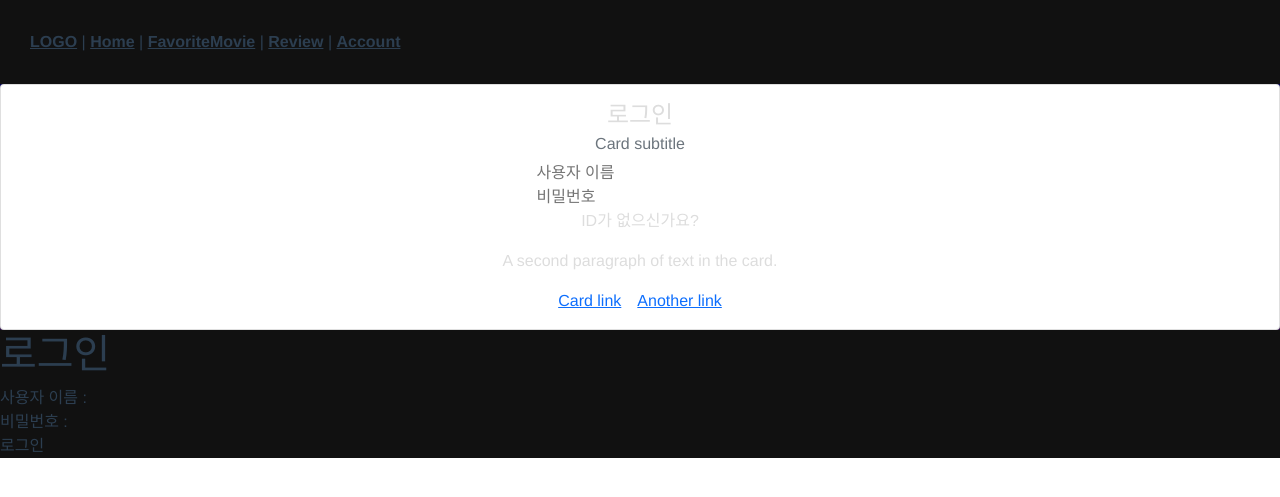
Repository: chomyoenggeun/linkedmovie
Page: /account/login (app in front/)
The author's editor kept a copy of each file at every save. The page is drawn from the files as they stood at one save, then again after the next save.
The browser window is 1280 px wide. The pictures show the whole page.
The project was rebuilt for these pictures with package versions that can differ from the ones it lists, and the page was loaded fresh each time. Also part of the build but not shown: front/vue.config.js, front/src/components/MovieCard.vue, front/src/views/Home.vue, front/src/views/accounts/Account.vue, front/src/views/accounts/Signup.vue, front/src/views/FavoriteMovie.vue, front/src/views/Mypage.vue, front/src/components/DmovieReviewItem.vue and 10 more.

Above is the page before, as saved 2021-11-24 04:57:10.

### front/src/main.js
import Vue from 'vue'
import App from './App.vue'
import router from './router'
import store from './store'
import vuetify from './plugins/vuetify'
import BootstrapVue from 'bootstrap-vue'
import 'bootstrap/dist/css/bootstrap.min.css'
import 'bootstrap-vue/dist/bootstrap-vue.css'

Vue.use(BootstrapVue)
Vue.config.productionTip = false

new Vue({
  router,
  store,
  vuetify,
  render: h => h(App)
}).$mount('#app')

### front/src/App.vue
<template>
  <div id="app">
    <div id="nav">
      <router-link class="menubt" to="/home">LOGO</router-link> |
      <router-link class="menubt" to="/home">Home</router-link> |
      <router-link class="menubt" to="/favorite-movie">FavoriteMovie</router-link> |
      <router-link class="menubt" to="/review">Review</router-link> |
      <span v-if="isLogin">
        <router-link class="menubt_right" to="/mypage"
        >Mypage</router-link> |
      </span>
      <span v-else>
        <router-link class="menubt" to="/account">Account</router-link>
      </span>
    </div>
    <router-view
    @login="isLogin=true"/>
  </div>
</template>

<script>
export default {
  name : 'App',
    data: function(){
    return {
      isLogin: false,
    }
  },
  created : function(){
    const token = localStorage.getItem('jwt')
    if(token){
      this.isLogin = true
    }
  },
  methods : {
    checkLogin: function(loginState){
      this.isLogin = loginState
    }
  }

}
</script>

<style>
#app {
  font-family: Avenir, Helvetica, Arial, sans-serif;
  -webkit-font-smoothing: antialiased;
  -moz-osx-font-smoothing: grayscale;
  /* text-align: center; */
  color: #2c3e50;
  background: #111111;
}

#nav {
  padding: 30px;
}

#nav a {
  font-weight: bold;
  color: #2c3e50;
}
/* .menubt{
  padding : 20px;
  background: #255ca3;
  list-style:none;
} */
.menubt:hover{
  background:#255ca3; margin:auto; position:relative; display:box;
}
.menubt_rigth{
  text-align: right;
}

#nav a.router-link-exact-active {
  color: #dddddd;
}
</style>

### front/src/router/index.js
import Vue from 'vue'
import VueRouter from 'vue-router'
import Home from '../views/Home.vue'
import Account from '../views/accounts/Account.vue'
import Login from '../views/accounts/Login.vue'
import Signup from '../views/accounts/Signup.vue'
import FavoriteMovie from '../views/FavoriteMovie.vue'
import Mypage from '../views/Mypage.vue'
import Movie from '../components/Movie.vue'
import Review from '../views/Review.vue'
import MovieReviewForm from '../components/MovieReviewForm.vue'
import MovieReviewCommunity from '../components/MovieReviewCommunity.vue'
// import MovieReviewCreate from '../components/MovieReviewCreate.vue'

Vue.use(VueRouter)

const routes = [
  {
    path: '/home',
    name: 'Home',
    component: Home
  },
  {
    path: '/favorite-movie',
    name: 'FavoriteMovie',
    component : FavoriteMovie
  },
  /////////////////////////////////
  //account//
  {
    path: '/account',
    name: 'Account',
    component : Account,
  },
  {
    path: '/account/login',
    name: 'Login',
    component : Login,
  },
  {
    path: '/account/signup',
    name: 'Signup',
    component : Signup,
  },
  //account//
  /////////////////////////////////
  {
    path: '/mypage',
    name: 'Mypage',
    component : Mypage,
  },
  {
    path: '/home/movie/:movieId',
    name: 'Movie',
    component : Movie
  },
///////////////////////////////////////////////////
//////////리뷰작성///////////
  {
    path: '/review',
    name: 'Review',
    component : Review
  },
  {
    path: '/review/create',
    name: 'MovieReviewForm',
    component : MovieReviewForm
  },
  {
    path: '/review/detail/:reviewId',
    name: 'MovieReviewCommunity',
    component: MovieReviewCommunity
  }
  ////////////////////////////////////////////////////////
  // {
  //   path: '/movie-review-create',
  //   name: 'MovieReviewCreate',
  //   component : MovieReviewCreate
  // },

]

const router = new VueRouter({
  mode: 'history',
  base: process.env.BASE_URL,
  routes
})

export default router

### front/src/store/index.js
import Vue from 'vue'
import Vuex from 'vuex'
import axios from 'axios'
import router from '../router'

Vue.use(Vuex)

export default new Vuex.Store({
  state: {
    movieCards: [],
    carosalCards : [],
    loginState : false,
    loginjwt : null,
    reviews: [],
    user : null,
    comments : [],
    moviereviews: [],
  },
  mutations: {
    // GET_LOGIN_USER: function(state,res){
    //   state.user = res

    // },
    LOAD_MOVIE_CARDS:function(state, results){
      state.movieCards = results
    },
    GET_REVIEWS:function(state, res){
      state.reviews = res
      // console.log(state.reviews)
    },
    GET_MOVIE_REVIEWS : function(state,res){
      state.moviereviews = res
    },
    CREATE_REVIEWS : function(state, res){
      state.reviews.push(res)
      // console.log(state.reviews)
    },
    UPDATE_REVIEW : function(state,reviewItem){
      state.reviews = state.reviews.map((review) => {
        if (review === reviewItem){
          return { ...review,
            title: reviewItem.titie,
            content: reviewItem.content,
            rank: reviewItem.rank
          }
        }
        return review
      })
    },
    DELETE_REVIEW : function(state, reviewItem){
      const index = state.reviews.indexOf(reviewItem)
      state.reviews.splice(index,1)
    },
    GET_COMMENTS : function(state,res){
      state.comments = res
    },
    CREATE_COMMENT : function(state, res){
      state.comments.push(res)
    },
    DELETE_COMMENT : function(state,commentItem){
      const index = state.comments.indexOf(commentItem)
      state.comments.splice(index, 1)
    }
  },
  actions: {
    // getLoginUser: function({commit},token){
    //   axios({
    //     method: 'get',
    //     url:'http://123.0.01:8000/account/api-token-auth/',
    //     headers: token,
    //   })
    //     .then(res =>{
    //       console.log(res)
    //       commit('GET_LOGIN_USER')
    //     })
    // },
    // 로그인 정보 보내기
    // Login: function(context){
    //   axios({
    //     method: 'post',
    //     url: 'http://127.0.0.1:8000/accounts/signup/',
    //     data: this.credentials
    //   })
    //     .then(()=>{
    //       console.log(context)
    //       context.commit('LOGIN',context)
    //       this.$router.push({name: 'Login'})
    //     })
    //     .catch(err =>{
    //       console.log(err)
    //     })
    // },
    // 영화 불러오기
    LoadMovieCards: function({commit},token){
      axios({
        method: 'get',
        url: 'http://127.0.0.1:8000/movies/',
        headers: token,
      })
        .then(res => {
          console.log(res.data)
          commit('LOAD_MOVIE_CARDS',res.data)
        })
    },
    LoadGenreData : function({commit},token){
      axios({
        method: 'get',
        url:`http://127.0.0.1:8000/movies/genres/`,
        headers: token,
      })
        .then(res =>{
          console.log(res.data)
          commit('LOAD_GENRE_DATA',res.data)
        })
    },
    // LikeMovie:function({commit},token){
    //   axios({
    //     method: 'put',
    //     url: 'http://127.0.0.1:8000/movies/',
    //     headers: token,
    //   })
    // },
    getReviews: function({commit},token){
      axios({
        method: 'get',
        url: `http://127.0.0.1:8000/community/`,
        headers: token,
      })
        .then(res => {
          // console.log(res.data)
          commit('GET_REVIEWS',res.data)
        })
        .catch(err => {
          console.log(err)
        })
    },
    createReviews: function({commit},object){
      axios({
        method: 'post',
        url:'http://127.0.0.1:8000/community/',
        headers: object.token,
        data: object.reviewItem,
      })
        .then(res => {
          console.log(res)
          commit('CREATE_REVIEWS')
          router.push({ name:'Review' })
          router.go()
        })
        .catch(err => {
          console.log(err)
        })
    },
    updateReview: function({commit},object){
      axios({
        method: 'PUT',
        url:`http://127.0.0.1:8000/community/${object.review_id}/`,
        data:object.reviewItem,
        headers: object.token
      })
        .then(() => {
          commit('UPDATE_REVIEW')
        })
        .catch(err => {
          console.log(err)
        })
    },
    deleteReview({commit},object){
      axios({
        method: 'DELETE',
        url:`http://127.0.0.1:8000/community/${object.review_id}/`,
        headers: object.token,

      })
        .then(res=>{
          console.log(res)
          commit('DELETE_REVIEW')
        })
        .catch(err =>{
          console.log(err)
        })
    },
    getComments({commit},object){
      axios({
        method: 'GET',
        url:`http://127.0.0.1:8000/community/${object.review_id}/comments/`,
        headers: object.token,

      })
        .then((res) => {
          // console.log(object.review_id)
          // console.log(res)
          commit('GET_COMMENTS',res.data)
        })
        .catch(err => {
          console.log(err)
        })
    },
    createComment({commit},object){
      axios({
        method: 'POST',
        url:`http://127.0.0.1:8000/community/${object.review_id}/comments/`,
        data: object.commentItem,
        headers: object.token,
      })
        .then((res) =>{
          commit('CREATE_COMMENT', res.data)
        })
        .catch(err =>{
          console.log(err)
        })
    },
    deleteComment({commit},object){
      axios({
        method:'DELETE',
        url: `http://127.0.0.1:8000/community/comments/${object.comment_id}/`,
        headers: object.token
      })
        .then((res)=>{
          console.log(res)
          commit('DELETE_COMMENT',res.data)
          router.go()
        })
        .catch(err =>{
          console.log(err)
        })
    },
    getMovieReviews({commit},object){
      axios({
        method: 'GET',
        url:`http://127.0.0.1:8000/movies/moviereviews/`,
        headers: object.token,
      })
        .then((res) => {
          // console.log(object.review_id)
          // console.log(res)
          commit('GET_MOVIE_REVIEWS',res.data)
        })
        .catch(err => {
          console.log(err)
        })
    }
  },

  modules: {
  }
})

### front/src/views/accounts/Login.vue
<template>
  <div>

    <!-- <div class="login-page">
      <transition name="fade">
         <div v-if="!registerActive" class="wallpaper-login"></div>
      </transition>
      <div class="wallpaper-register"></div>

      <div class="container">
         <div class="row m-6 p-6">
            <div class="col-lg-4 col-md-6 col-sm-8 mx-auto">
               <div v-if="!registerActive" class="card login" v-bind:class="{ error: emptyFields }">
                  <h1>Sign In</h1>
                  <form class="form-group">
                     <input v-model="emailLogin" type="email" class="form-control" placeholder="Email" required>
                     <input v-model="passwordLogin" type="password" class="form-control" placeholder="Password" required>
                     <input type="submit" class="btn btn-primary" @click="doLogin">
                     <p>Don't have an account? <a href="#" @click="registerActive = !registerActive, emptyFields = false">Sign up here</a>
                     </p>
                     <p><a href="#">Forgot your password?</a></p>
                  </form>
               </div>

               <div v-else class="card register" v-bind:class="{ error: emptyFields }">
                  <h1>Sign Up</h1>
                  <form class="form-group">
                     <input v-model="emailReg" type="email" class="form-control" placeholder="Email" required>
                     <input v-model="passwordReg" type="password" class="form-control" placeholder="Password" required>
                     <input v-model="confirmReg" type="password" class="form-control" placeholder="Confirm Password" required>
                     <input type="submit" class="btn btn-primary" @click="doRegister">
                     <p>Already have an account? <a href="#" @click="registerActive = !registerActive, emptyFields = false">Sign in here</a>
                     </p>
                  </form>
               </div>
            </div>
         </div>

      </div>
   </div> -->

    <div class="to-center bg-color">
      <b-card title="로그인" sub-title="Card subtitle">
        <div>
          <input type="text" placeholder="사용자 이름"
          id="username"
          v-model="credentials.username">
        </div>
        <div>
          <input type="password"
          id="password" placeholder="비밀번호"
          v-model="credentials.password"
          @keyup.enter="login">
        </div>
        <b-card-text>
          ID가 없으신가요?
        </b-card-text>

        <b-card-text>A second paragraph of text in the card.</b-card-text>

        <a href="#" class="card-link">Card link</a>
        <b-link href="#" class="card-link">Another link</b-link>
      </b-card>
    </div>


    <h1>로그인</h1>
    <div>
      <label for="username">사용자 이름 : </label>
      <input type="text"
      id="username"
      v-model="credentials.username">
    </div>
    <div>
      <label for="password">비밀번호 : </label>
      <input type="password"
      id="password"
      v-model="credentials.password"
      @keyup.enter="login">
    </div>
    <button @click="login">로그인</button>
  </div>
</template>

<script>
import axios from 'axios'

export default {
  name : 'Login',
  data: function(){
    return {
      credentials: {
        username: null,
        password: null,
        isLogin: false,
      }
    }
  },
  props:{
    loginState : String,
  },
  methods: {
    login: function(){
      axios({
        method: 'post',
        url: 'http://127.0.0.1:8000/accounts/api-token-auth/',
        data: this.credentials,
      })
        .then(res => {
          console.log(this.credentials)
          localStorage.setItem('jwt',res.data.token)
          this.$emit('login')
          this.$emit('is-login',true)
          this.$router.push({ name: 'Home'})
        })
        .catch(err =>{
          console.log(err)
        })
    }
  }
}
</script>

<style scoped>
.to-center{
  text-align: center;
}
.bg-color{
  background: rgb(6,5,87);
  background: linear-gradient(180deg, rgba(6,5,87,1) 0%, rgba(43,12,69,1) 100%);
  color: #dddddd;
  padding: 50px, 50px;
}
</style>

Loaded but not shown: front/public/index.html (common file); front/src/plugins/vuetify.js (common file)

After the next save:
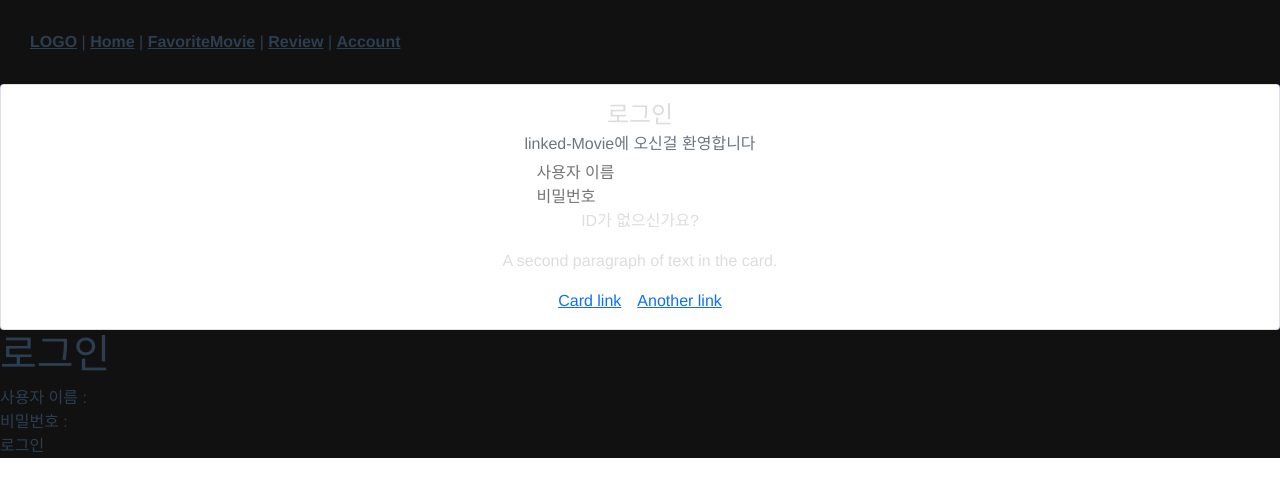
Saved 30 s later.
--- a/front/src/views/accounts/Login.vue
+++ b/front/src/views/accounts/Login.vue
@@ -40,7 +40,7 @@
    </div> -->
 
     <div class="to-center bg-color">
-      <b-card title="로그인" sub-title="Card subtitle">
+      <b-card title="로그인" sub-title="linked-Movie에 오신걸 환영합니다">
         <div>
           <input type="text" placeholder="사용자 이름"
           id="username"
